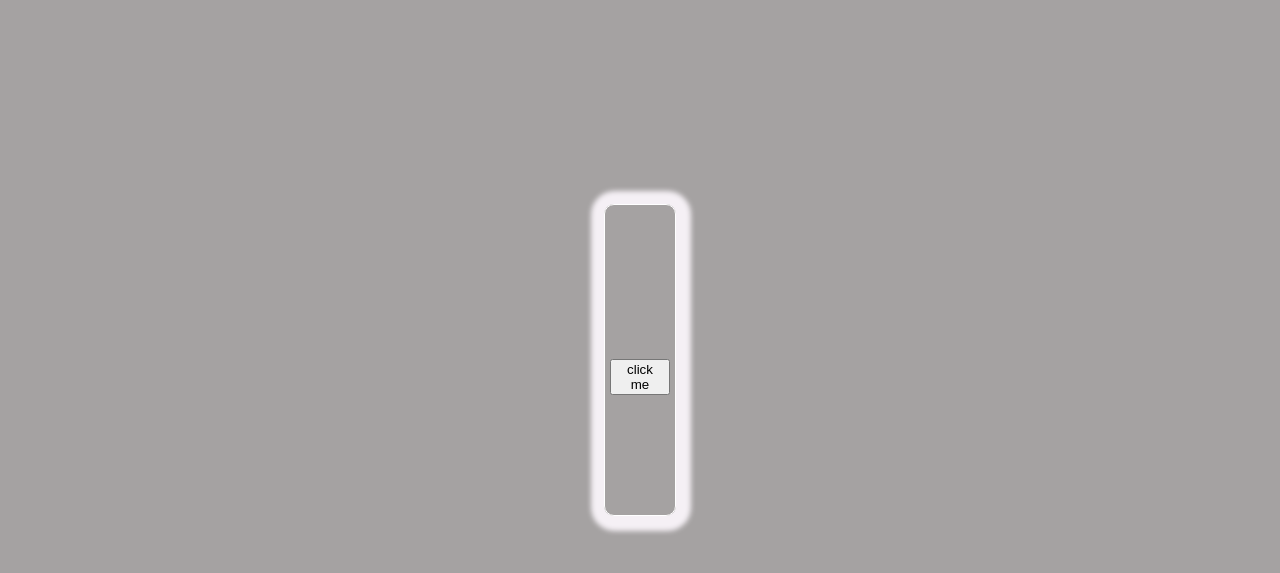
Repository: lamilekan263/random_advice
Page: /
These files come from the project's save history. The page is drawn as it stood at one moment and after the next save; the edit follows.
The browser window is 1280 px wide. The pictures show the whole page.
The page's requests for data from a server got no answer. The project was rebuilt for these pictures with package versions that can differ from the ones it lists, and the page was loaded fresh each time. No one was signed in, and anything a server would have sent is missing.

Above is the page before, as saved 2020-08-10 14:44:20.

### src/App.js
import React from 'react';
import './App.css';
import axios from 'axios'

class App extends React.Component{

  state = {
    advice : ''
  }
 componentDidMount(){
    this.getAdvice()
  }

  getAdvice = ()=>{
    axios.get('https://api.adviceslip.com/advice')
    .then((response) =>{
      const { advice } = response.data.slip;
      console.log(advice)
      this.setState({ advice })
    })

  }

  render(){
    return(
      <div className="app">
        <div className="card">
          <h1> {this.state.advice}</h1>

          <button onClick = {this.getAdvice}>click me</button>
        </div>
      </div>
    )
  }
}


export default App

### src/App.css
body{
  margin:0;
  padding: 0;
  background-image: url('./bg.jpg');
  background-size: cover;
  background-repeat: no-repeat;
  height:100vh;
  background-position: center;
  background: rgba(143, 139, 139, 0.8);
  display:flex;
  justify-content: center;
  text-align:center;
  align-items: center;
}

.card{
  width:80%;
  margin: 0 auto;
  background-color: transparent;
  border:1px solid white;
  padding:5px;
  border-radius: 10px;
  height:300px;
  display:flex;
  flex-direction:column;
  justify-content: center;
  text-align:center;
  align-items: center;
  -webkit-box-shadow: 1px 1px 5px 14px rgba(245,240,245,1);
  -moz-box-shadow: 1px 1px 5px 14px rgba(245,240,245,1);
  box-shadow: 1px 1px 5px 14px rgba(245,240,245,1);


}
h1{
  font-family: monospace;
  color:white;
}

Loaded but not shown: public/index.html (common file); src/index.js (common file); src/index.css (common file); src/serviceWorker.js (common file)

After the next save:
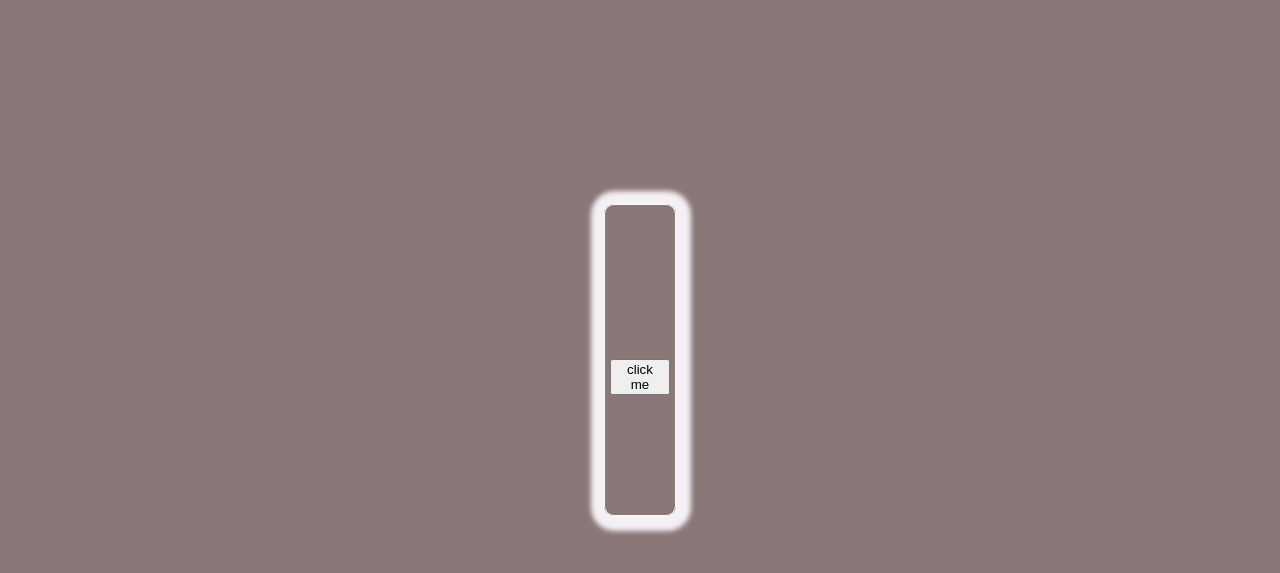
Saved 15 s later.
--- a/src/App.css
+++ b/src/App.css
@@ -6,7 +6,7 @@ body{
   background-repeat: no-repeat;
   height:100vh;
   background-position: center;
-  background: rgba(143, 139, 139, 0.8);
+  background: rgba(109, 86, 86, 0.8);
   display:flex;
   justify-content: center;
   text-align:center;
